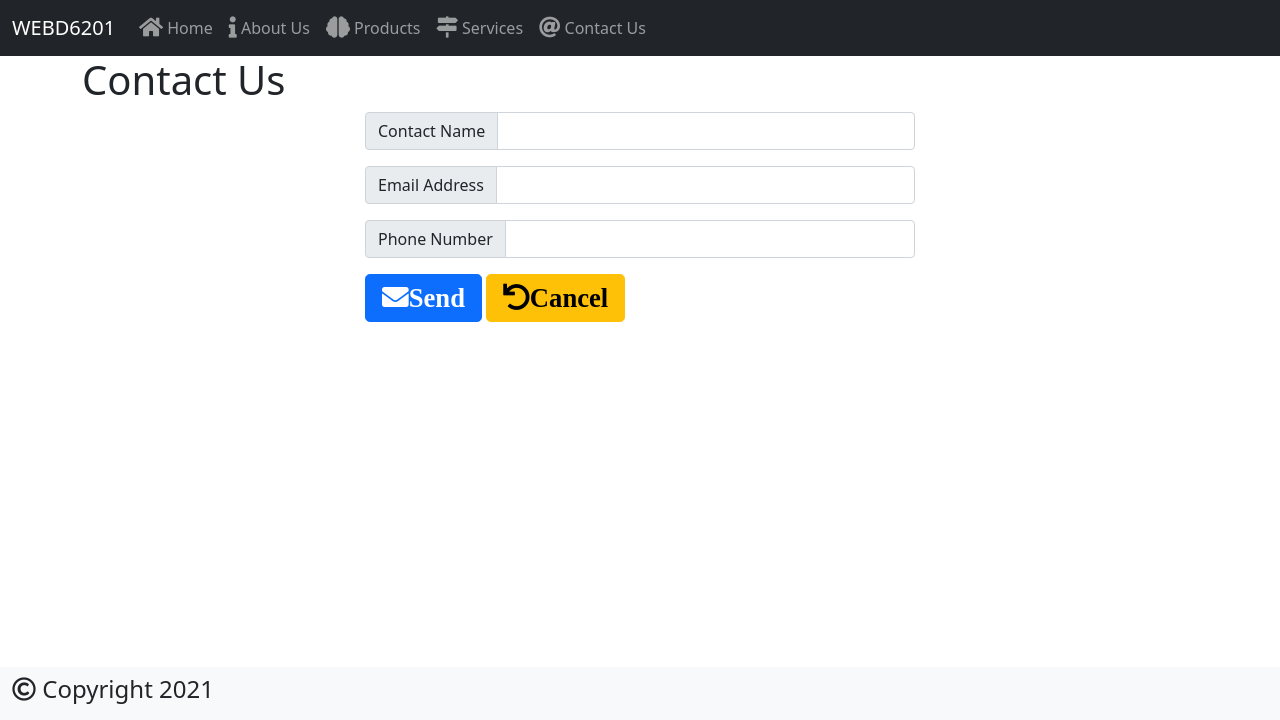
Repository: GarlicButterBoy/WEBD6201-Week1
Page: contact.html
These files come from the project's save history. The page is drawn as it stood at one moment and after a run of saves; the edit follows.
The browser window is 1280 px wide. The pictures show the whole page.

Above is the page before, as saved 2021-01-21 09:43:16.
Console error: TypeError: Cannot read properties of null (reading 'addEventListener')

### contact.html
<!DOCTYPE html>
<html lang="en">
<head>
    <meta charset="UTF-8">
    <meta name="viewport" content="width=device-width, initial-scale=1.0">
    <title>Contact Us</title>

    <!-- CSS Section -->
    <link rel="stylesheet" href="./node_modules/bootstrap/dist/css/bootstrap.min.css">
    <link rel="stylesheet" href="./node_modules/@fortawesome/fontawesome-free/css/all.min.css">
    <link rel="stylesheet" href="./Content/app.css">

</head>
<body>
       <!-- Main Nav Header -->

       <header>
         <!--Main Navigation-->
        <nav class="navbar navbar-expand-lg navbar-dark bg-dark">
            <div class="container-fluid">
              <a class="navbar-brand" href="index.html">WEBD6201</a>
              <button class="navbar-toggler" type="button" data-bs-toggle="collapse" data-bs-target="#navbarSupportedContent" aria-controls="navbarSupportedContent" aria-expanded="false" aria-label="Toggle navigation">
                <span class="navbar-toggler-icon"></span>
              </button>
              <div class="collapse navbar-collapse" id="navbarSupportedContent">
                <ul class="navbar-nav ml-auto mb-2 mb-lg-0">

                  <li class="nav-item">
                    <a class="nav-link" aria-current="page" href="index.html">
                        <i class="fas fa-home fa-lg"></i> Home</a>
                  </li>

                  <li class="nav-item">
                    <a class="nav-link" aria-current="page" href="about.html">
                        <i class="fas fa-info fa-lg"></i> About Us</a>
                  </li>

                  <li class="nav-item">
                    <a class="nav-link" aria-current="page" href="products.html">
                        <i class="fas fa-brain fa-lg"></i> Products</a>
                  </li>

                  <li class="nav-item">
                    <a class="nav-link" aria-current="page" href="services.html">
                        <i class="fas fa-map-signs fa-lg"></i> Services</a>
                  </li>

                  <li class="nav-item  active">
                    <a class="nav-link" aria-current="page" href="contact.html">
                        <i class="fas fa-at fa-lg"></i> Contact Us</a>
                  </li>

                </ul>
              </div>
            </div>
          </nav>
    </header>
<!--Main Content-->
    <main class="container">
        <h1>Contact Us</h1>

        <div></div>

        <div class="row g-3 justify-content-lg-center">
        <form class="col-lg-6 col-md-10 col-sm-10">

          <div class="input-group mb-3">
            <span class="input-group-text" id="inputGroup-sizing-default">Contact Name</span>
            <input id="fullName" type="text" class="form-control" aria-label="Full Name" aria-describedby="Full Name Input" name="fullName" required>
          </div>

          <div class="input-group mb-3">
            <span class="input-group-text" id="inputGroup-sizing-default">Email Address</span>
            <input id="emailAddress" type="email" class="form-control" aria-label="Email Address" aria-describedby="Email Address Input" name="emailAddress" required>
          </div>

          <div class="input-group mb-3">
            <span class="input-group-text" id="inputGroup-sizing-default">Phone Number</span>
            <input id="phoneNumber" type="phone" class="form-control" aria-label="Phone Number" aria-describedby="Phone Number Input" name="phoneNumber" required>
          </div>

          <button type="submit" class="btn btn-primary btn-lg" id="sendButton"><i class="fas fa-envelope fa-lg">Send</i></button>
          <button type="reset" class="btn btn-warning btn-lg" id="cancelMeButton"><i class="fas fa-undo fa-lg">Cancel</i></button>
        </form>


      </div>
    </main>
<!--Main Footer-->
    <footer>
        <nav class="navbar fixed-bottom navbar-light bg-light">
            <div class="container-fluid">
              <h4><i class="far fa-copyright" ></i> Copyright 2021</h4>
            </div>
        </nav>
    </footer>

    <!-- JavaScript Section -->
    <script src="./node_modules/jquery/dist/jquery.min.js"></script>
    <script src="./node_modules/bootstrap/dist/js/bootstrap.bundle.min.js"></script>
    <script src="./Scripts/app.js"></script>

</body>
</html>

### Content/app.css
/*
 * Custom CSS goes here!
 */

### Scripts/app.js
/*
 * Custom Scripts go here!
 */

//IIFE - Immediately Invoked Function Expression
//AKA - Anonymous Self-Executing Function
//Closure - Limits Scope Leak

"use strict";

(function()
{

    function displayHome()
    {

    }

    function displayAbout()
    {

    }

    function displayProducts()
    {

    }

    function displayServices()
    {

    }

    function displayContact()
    {
        //form validation
        let fullName = document.getElementById("fullName");
        fullName.addEventListener("blur", function()
        {
            if (fullName.nodeValue.length < 2)
            {
                fullName.focus();
                fullName.select();
            }
        })
    }

    //Initialization Function
    function Start()
    {

       console.log("App Started...");
       switch(document.title)
       {
           case 'Home':
               displayHome();
               break;
           case 'About':
               displayAbout();
               break;
           case 'Products':
               displayProducts();
               break;
           case 'Services':
               displayServices();
               break;
           case 'Contact':
               displayContact();
               break;
       }

/*
       let paragraphOneText = "This is a simple site to demonstrate DOM Manipulation for ICE 01.";

       let paragraphOneElement = document.getElementById("paragraphOne");

       paragraphOneElement.className = "fs-5 fw-bold";
       paragraphOneElement.textContent = paragraphOneText;

       //Step 1. document.createElement
       let newParagraph = document.createElement("p");
       //Step 2. Configure the element
       newParagraph.setAttribute("id", "paragraphTwo");
       newParagraph.textContent = "...And this is paragraph Two.";
       //Step 3. Select the parent
       let mainContent = document.getElementsByTagName("main")[0];
       //Step 4. Add/Insert the element
       mainContent.appendChild(newParagraph);

       paragraphTwo.className = "fs-6";

       //Another way to inject a comment
       let paragraphDiv = document.createElement('div');
       let paragraphThree = `<p class="fs-7" fw-bold>This is the third paragraph.</p>`;
       paragraphDiv.innerHTML = paragraphThree;

       //Insertion Before
       //paragraphTwo.before(paragraphDiv);

       //Insertion After
       paragraphTwo.after(paragraphDiv);

       //deletions
       //target an element
       //paragraphOneElement.remove();//remove a single element
       //target a child (rough)
       mainContent.removeChild(paragraphOneElement);

       //updates/modifications
       //paragraphTwoElement.firstChild.textContent = "This is an update. Welcome back!";
       mainContent.firstElementChild.textContent = "This is an update. Welcome back!";

        mainContent.innerHTML =
        `
        <h1 id="firstHeading">Welcome to Webd6201 - Lab 1</h1>
        <p id="firstParagraph" class="fw-bold">This is the first paragraph</p>
        `;
*/
       for (let index = 0; index < 5; index++)
       {

        console.log(index);

        let clickMeButton = document.getElementById("clickMeButton");



        clickMeButton.addEventListener("click", ()=>
        {
            console.log("Click me button was depressed :(");
        });
       }
    }
    //Event Listener
    window.addEventListener("load", Start);

})();

Loaded but not shown: node_modules/bootstrap/dist/css/bootstrap.min.css (library); node_modules/@fortawesome/fontawesome-free/css/all.min.css (library); node_modules/jquery/dist/jquery.min.js (library); node_modules/bootstrap/dist/js/bootstrap.bundle.min.js (library)

After the next 2 saves:
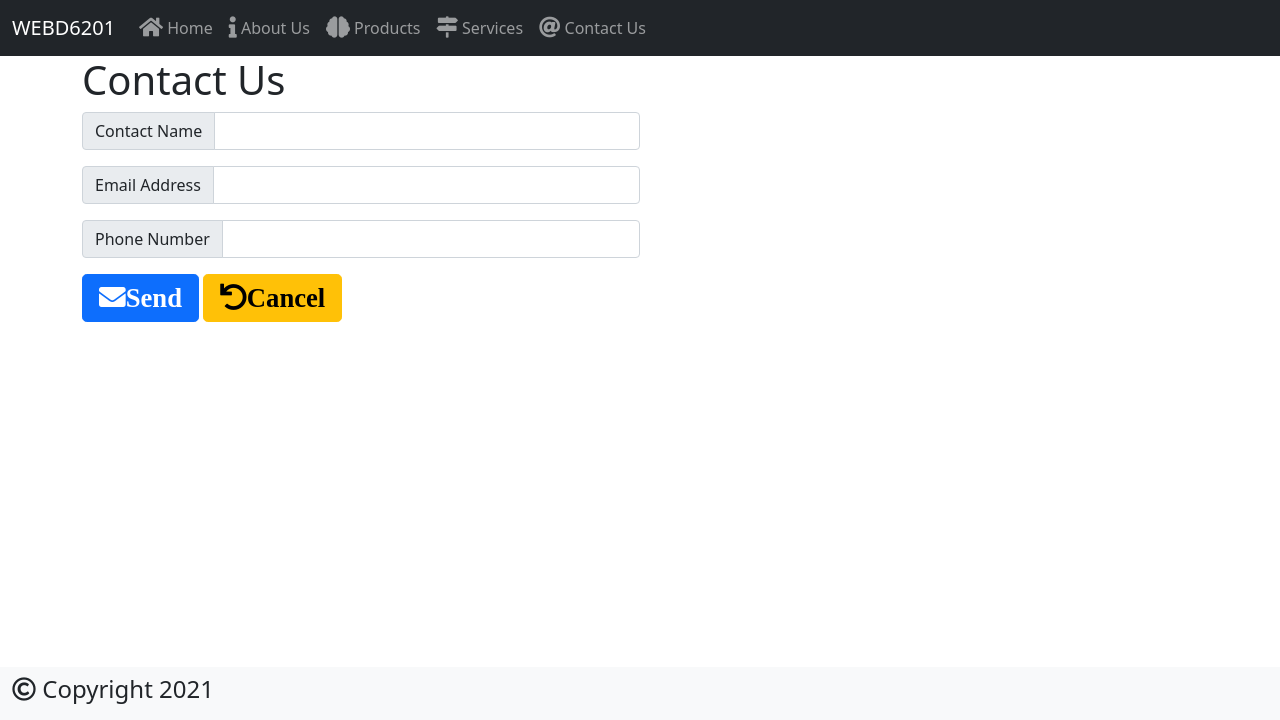
The 2 saves are shown as one change because they came seconds apart.
The last was saved 11 s later.
--- a/contact.html
+++ b/contact.html
@@ -59,9 +59,9 @@
     <main class="container">
         <h1>Contact Us</h1>
 
-        <div></div>
 
-        <div class="row g-3 justify-content-lg-center">
+
+        <class="row g-3 justify-content-lg-center">
         <form class="col-lg-6 col-md-10 col-sm-10">
 
           <div class="input-group mb-3">
@@ -84,7 +84,7 @@
         </form>
 
 
-      </div>
+      </class=>
     </main>
 <!--Main Footer-->
     <footer>
